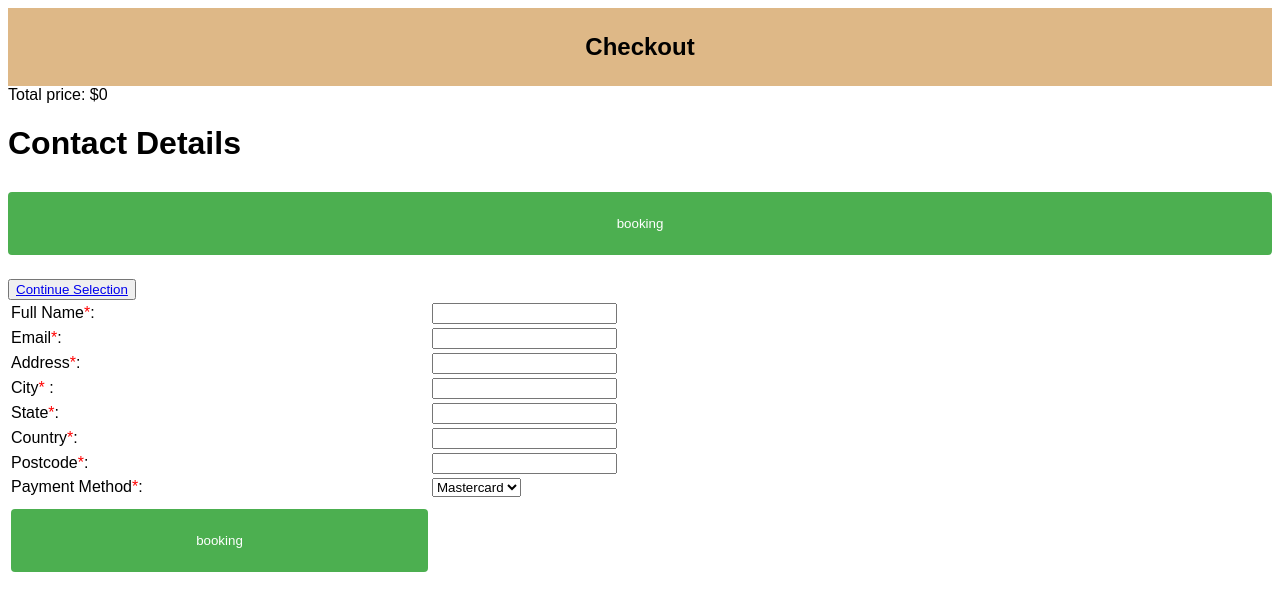
Repository: ThawZin-Raymond/31748-POTI-Car-Rental-System
Page: http://localhost/checkout.php
The author's editor kept a record of every edit. The page is drawn from the files as they stood at one moment, then again after the next edit.
The browser window is 1280 px wide. The pictures show the whole page.
The page is run by PHP 8.4 with error messages shown; the project is at /var/www/html/.

Above is the page before.

### checkout.php
<?php
session_start();
$_SESSION["totalprice"]=0;
$i=0;
if (isset($_POST["quantity"])){
 while($i<$_SESSION["count"]){

    $price=$_SESSION["price"][$i];

    $days=$_POST["days".$i];
    $_SESSION["totalprice"]+=$price * $days;
    $_SESSION["days"][$i] = $days;
    $i+=1;
   }
}
    echo "<div class='header'><h2 align='center'>Checkout</h2></div>";

    echo "Total price: $".$_SESSION["totalprice"];

?>


<!DOCTYPE html>
<html>
    <head>
        <script src="my.js"></script>
        <link rel = "stylesheet" href = "mystyle.css">
    </head>
    <body>
            <table width = "80%">

                <form method = "POST" action="thanks.php" onsubmit = "return validate_Contact()">
                    <h1> Contact Details</h1>
                    <tr>
                        <td>Full Name<span style="color:red">*</span>: </td>
                        <td><input type="text" name="Namevalue" id="namevalue" size="20"></td>
                    </tr>
                    <tr>
                        <td>Email<span style="color:red">*</span>: </td>
                        <td><input type="text" name="Emailvalue" id="emailvalue" size="20"></td>
                    </tr>
                    <tr>
                        <td>Address<span style="color:red">*</span>: </td>
                        <td><input type="text" name="Addressvalue" id="addressvalue" size="20"></td>
                    </tr>

                    <tr>
                        <td>City<span style="color:red">*</span> :</td>
                        <td><input type="text" name="City" id="city" size="20"></td>
                    </tr>
                    <tr>
                        <td>State<span style="color:red">*</span>: </td>
                        <td><input type="text" name="State" id="state" size="20"></td>
                    </tr>
                    <tr>
                        <td>Country<span style="color:red">*</span>: </td>
                        <td><input type="text" name="Country" id="country" size="20"></td>
                    </tr>
                    <tr>
                        <td>Postcode<span style="color:red">*</span>: </td>
                        <td><input type="text" name="post" id="post" size="20"></td>
                    </tr>
                    <tr>
                        <td>Payment Method<span style="color:red">*</span>:</td>
                        <td><select name="dowpdown">
	                        <option value="1">Mastercard</option>
	                        <option value="2">Creditcard</option>
	                       </select></td>
                    </tr>

                   <tr>
                       <td><p> <input type="submit" id="book" value="booking"></p></td>
                   </tr>
                   <tr>
                       <td></td>
                   </tr>
                    <p> <input type="submit" id="book" value="booking"></p>
                     <button type="button"><a href="index.php">Continue Selection</a></button>

                </form>
            </table>
    </body>
</html>

### my.js
//index.php
function ValidateAvailability(){

		var valid= document.getElementById("ava[0]").value;

		if (valid == "true"){
			alert("Successfully added to cart");
	    return true;
		}else if(valid =="false"){
			alert("Sorry,this car is unavailable now, Please try other cars.");
		return false;}

}

function ValidateAvailability1(){

		var valid1= document.getElementById("ava[1]").value;

	    if (valid1 == "true"){
			alert("Successfully added to cart");
	    return true;
		}else if(valid1 =="false"){
			alert("Sorry,this car is unavailable now, Please try other cars.");
		return false;}
}

function ValidateAvailability2(){

		var valid2= document.getElementById("ava[2]").value;

	    if (valid2 == "true"){
			alert("Successfully added to cart");
	    return true;
		}else if(valid2 =="false"){
			alert("Sorry,this car is unavailable now, Please try other cars.");
		return false;}
}

function ValidateAvailability3(){

		var valid3= document.getElementById("ava[3]").value;

	    if (valid3 == "true"){
			alert("Successfully added to cart");
	    return true;
		}else if(valid3 =="false"){
			alert("Sorry,this car is unavailable now, Please try other cars.");
		return false;}
}

function ValidateAvailability4(){

		var valid4= document.getElementById("ava[4]").value;

	    if (valid4 == "true"){
			alert("Successfully added to cart");
	    return true;
		}else if(valid4 =="false"){
			alert("Sorry,this car is unavailable now, Please try other cars.");
		return false;}

}

function ValidateAvailability5(){

		var valid5= document.getElementById("ava[5]").value;

	    if (valid5 == "true"){
			alert("Successfully added to cart");
	    return true;
		}else if(valid5 =="false"){
			alert("Sorry,this car is unavailable now, Please try other cars.");
		return false;}
}
function ValidateAvailability6(){

		var valid6= document.getElementById("ava[6]").value;

	    if (valid6 == "true"){
			alert("Successfully added to cart");
	    return true;
		}else if(valid6 =="false"){
			alert("Sorry,this car is unavailable now, Please try other cars.");
		return false;}
}

function ValidateAvailability7(){

		var valid7= document.getElementById("ava[7]").value;

	    if (valid7 == "true"){
			alert("Successfully added to cart");
	    return true;
		}else if(valid7 =="false"){
			alert("Sorry,this car is unavailable now, Please try other cars.");
		return false;}
}

function ValidateAvailability8(){

		var valid8= document.getElementById("ava[8]").value;

	    if (valid8 == "true"){
			alert("Successfully added to cart");
	    return true;
		}else if(valid8 =="false"){
			alert("Sorry,this car is unavailable now, Please try other cars.");
		return false;}
}

function ValidateAvailability9(){

		var valid9= document.getElementById("ava[9]").value;

	    if (valid9 == "true"){
			alert("Successfully added to cart");
	    return true;
		}else if(valid9 =="false"){
			alert("Sorry,this car is unavailable now, Please try other cars.");
		return false;}
}

//cart.php


function ValidationCart(){
	var text="Days";
	var quantity = document.getElementById("quantity").value;
	var count=document.getElementById("count").value;
	if (quantity == 0){
		alert("You have not been selected any cars in the list.");
		return true;
	}
	for (var a=0; a<=count; a++){
		var days = document.getElementById(text+a).value;
		if (days <= 0){
			alert("Please put the rental period of days for the car.");
			return false;
		}
	}
	return true;

}

//checkout.php

function validationContact(){
	var name = document.getElementById("name").value;
	var email = document.getElementById("email").value;
	var address=document.getElementById("address").value;
	var city=document.getElementById("city").value;
	var state=document.getElementById("state").value;
	var country=document.getElementById("country").value;
	var post=document.getElementById("post").value;
	var email_regExp = RegExp(/^\w+([\.-]?\w+)*@\w+([\.-]?\w+)*(\.\w{2,3})+$/);


if( name ==""){
	alert("Please complete your name");
	return false;
}
if (email_regExp.exec(email)==null || email_regExp.exec(email) == ""){
    alert("Please check your email or complete it");
	return false;
 }

if (address ==""){
	alert("Please complete your address");
	return false;
}
if (city ==""){
	alert("Please complete your City");
	return false;
}
if (state ==""){
	alert("Please complete your State");
	return false;
}
if (country ==""){
	alert("Please complete your Country");
	return false;
}
if(post==""){
     alert("Please complete your PostCode");
     return false;
}
return true;

}

### mystyle.css

.top_bar {
    background-color:white;
    padding:10px;
    margin:20px auto -22px auto;
}
body {
    font-family: Arial, Helvetica, sans-serif;
}

.header {
    padding: 5px;
    background: BurlyWood;
}
.header h1 {
    font-size: 40px;
}
.top_right {
    float:right;
}
.main_body {
    padding: 10px;
}
.img {
    width:70%;
    height:30%;
    display: block;
    margin-left: auto;
    margin-right: auto;
}

.image_details {
    background-color: white;
    width:100px;

}




.addtocart_td {
    background-color: cyan;
    width:100px;

}
input[type=submit] {
    width: 100%;
    background-color: #4CAF50;
    color: white;
    padding: 24px 24px;
    margin: 8px 0;
    border: none;
    border-radius: 4px;
    cursor: pointer;
}
input[type=submit]:hover {
  background-color: #45a049;

}

.button {
     background-color: #4CAF50;
     color: white;
     padding: 20px;
     width:99%;
     margin: 8px 0;

     border-radius: 4px;
     text-align: center;
     text-decoration: none;
     display: inline-block;

}


.button:hover {
  background-color: #45a049;

}


h3 {
    text-align: center;
}

.cart_table {
    width:70%;
}
.cart_img{
    width:10%;
    height:5%;
    display: block;
    margin-left: auto;
    margin-right: auto;
}

After the next edit:
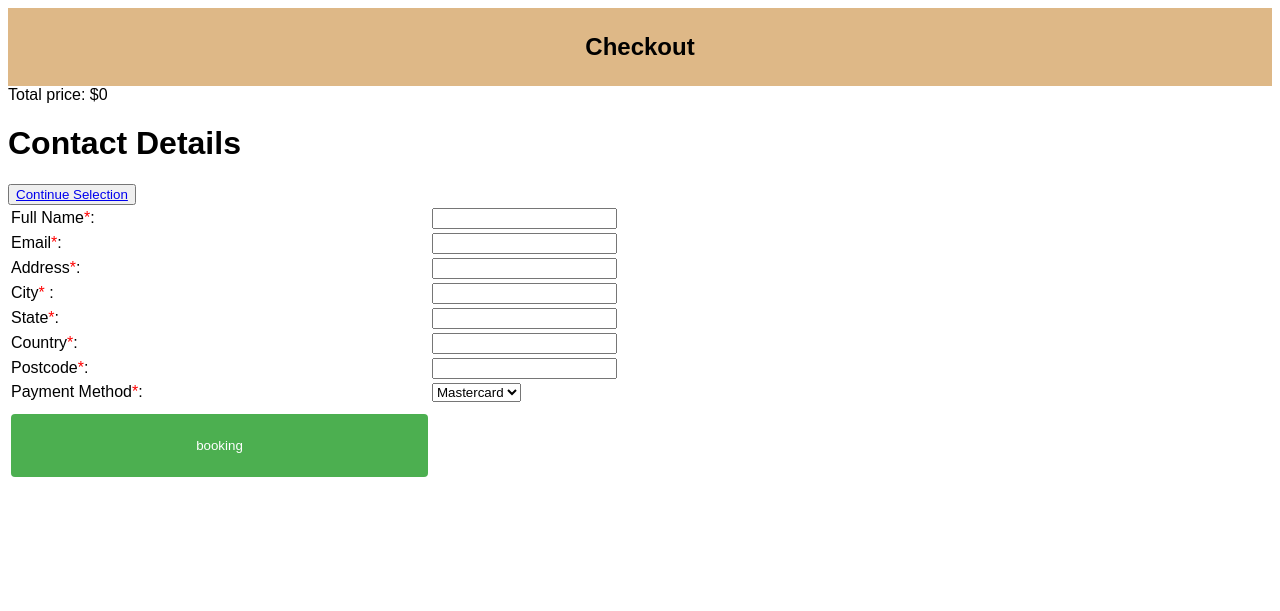
The edit:
--- a/checkout.php
+++ b/checkout.php
@@ -74,7 +74,7 @@
                    <tr>
                        <td></td>
                    </tr>
-                    <p> <input type="submit" id="book" value="booking"></p>
+
                      <button type="button"><a href="index.php">Continue Selection</a></button>
 
                 </form>
